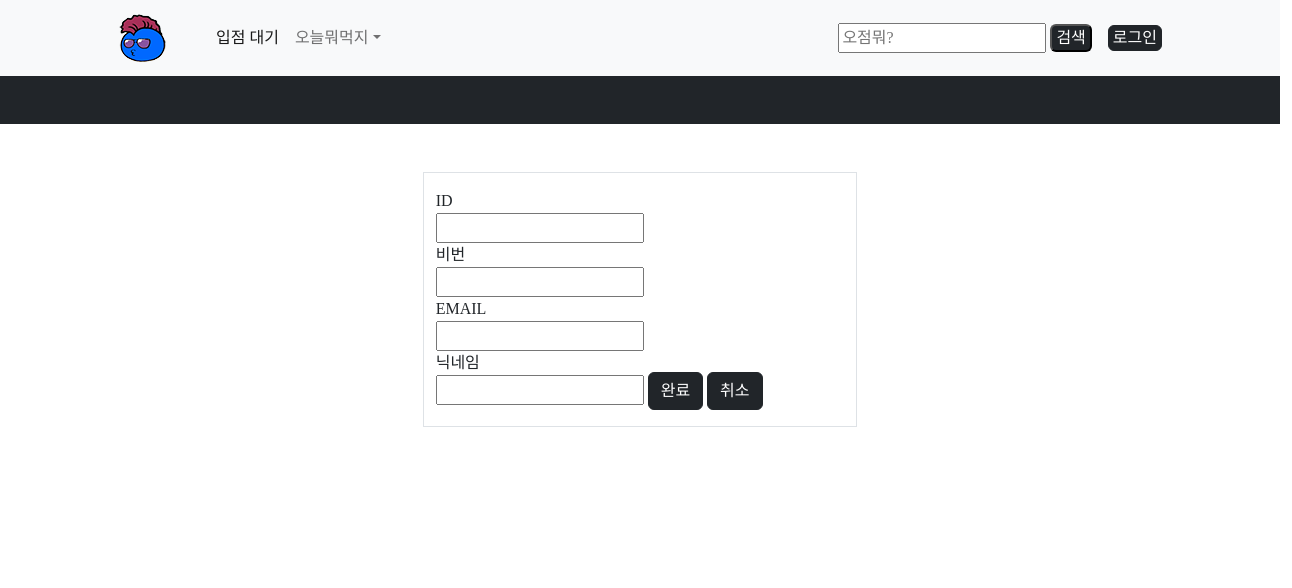
Repository: ashwan94/ydzone
Page: http://localhost/YonduZone/signUp
The author's editor kept a copy of each file at every save. The page is drawn from the files as they stood at one save, then again after the next save.
The browser window is 1280 px wide. The page is 1292 px wide, so the pictures cover 1292 px, including what lies to the right of the window. The pictures show the whole page.
Some web fonts or font styles are not loaded; a fallback is used. The page is served by Tomcat 9.

Above is the page before, as saved 2024-05-01 11:05:47.

After the next save:
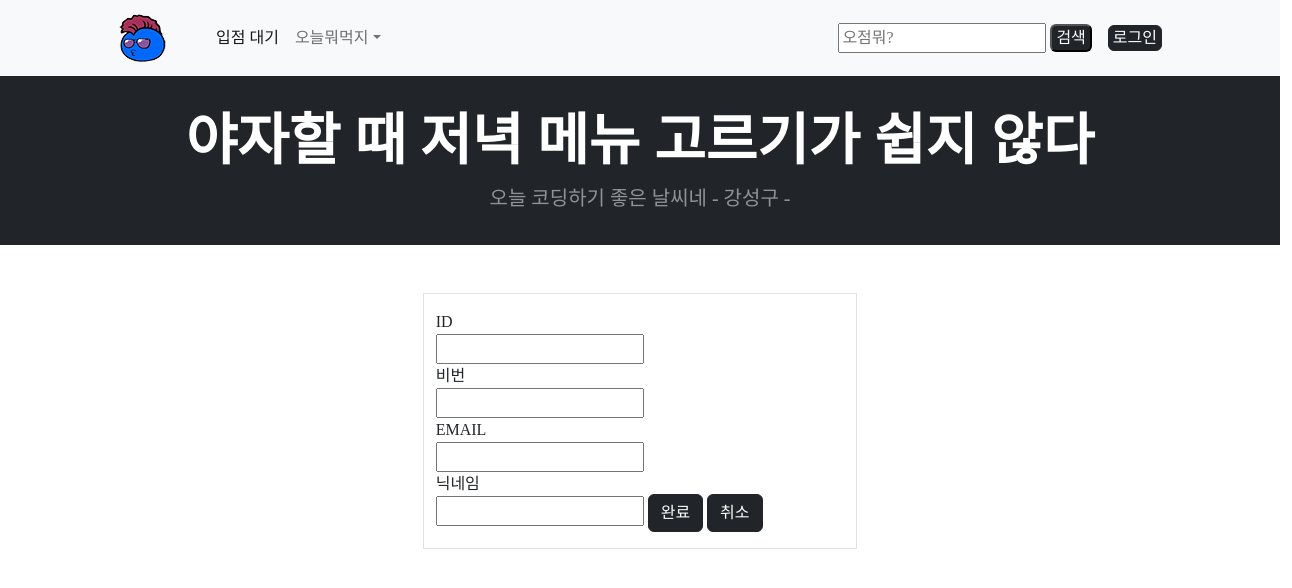
Saved 27 min 7 s later.
--- a/YonduZone/src/main/webapp/WEB-INF/views/common/signUp.jsp
+++ b/YonduZone/src/main/webapp/WEB-INF/views/common/signUp.jsp
@@ -2,6 +2,8 @@
 	pageEncoding="UTF-8"%>
 <jsp:include page="/WEB-INF/views/common/header.jsp">
 	<jsp:param value="회원가입" name="title" />
+	<jsp:param value="야자할 때 저녁 메뉴 고르기가 쉽지 않다" name="center" />
+	<jsp:param value="오늘 코딩하기 좋은 날씨네 - 강성구 -" name="content" />
 </jsp:include>
 
 <div class="row my-5">
